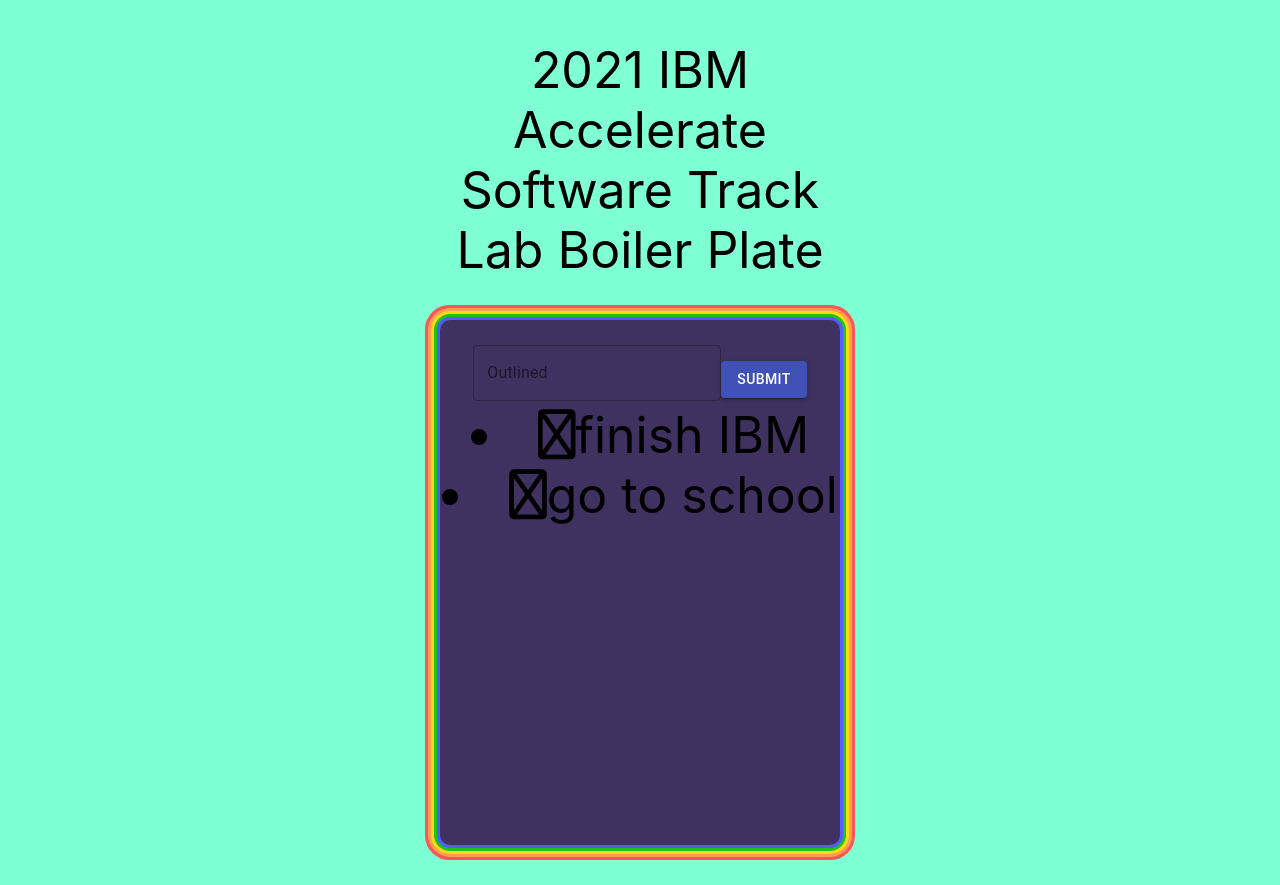
Repository: 2021-IBM-Accelerate-SW-Track/lab-1-team-34
Page: /
These files come from the project's save history. The page is drawn as it stood at one moment and after a run of saves; the edit follows.
The browser window is 1280 px wide. The pictures show the whole page.
Some web libraries are served in a nearby version. The project was rebuilt for these pictures with package versions that can differ from the ones it lists, and the page was loaded fresh each time.

Above is the page before, as saved 2021-06-13 20:15:31.

### public/index.html
<!DOCTYPE html>
<html lang="en">
  <head>
    <meta charset="utf-8" />
    <meta name="viewport" content="width=device-width, initial-scale=1" />
    <meta name="theme-color" content="#000000" />
    <meta
      name="description"
      content="Web site created using create-react-app"
    />
    <script src="https://kit.fontawesome.com/b9d1aed08a.js" crossorigin="anonymous"></script>

    <!--
      manifest.json provides metadata used when your web app is installed on a
      user's mobile device or desktop. See https://developers.google.com/web/fundamentals/web-app-manifest/
    -->
    <!--
      Notice the use of %PUBLIC_URL% in the tags above.
      It will be replaced with the URL of the `public` folder during the build.
      Only files inside the `public` folder can be referenced from the HTML.

      Unlike "/favicon.ico" or "favicon.ico", "%PUBLIC_URL%/favicon.ico" will
      work correctly both with client-side routing and a non-root public URL.
      Learn how to configure a non-root public URL by running `npm run build`.
    -->
    <title>React App</title>
  </head>
  <body>
    <noscript>You need to enable JavaScript to run this app.</noscript>
    <div id="root"></div>
    <!--
      This HTML file is a template.
      If you open it directly in the browser, you will see an empty page.

      You can add webfonts, meta tags, or analytics to this file.
      The build step will place the bundled scripts into the <body> tag.

      To begin the development, run `npm start` or `yarn start`.
      To create a production bundle, use `npm run build` or `yarn build`.
    -->
  </body>
</html>

### src/App.js
// import Header from "./component/header";
import Page from "./Pages/UI";

import "./App.css";

function App() {
  return (
    <div className="App">
      <Page />
    </div>
  );
}

export default App;

### src/Pages/UI/index.js
import Page from "./page";

export default Page;

### src/App.css
.App {
  text-align: center;
  background: aquamarine;
  font-size: 50px;
}

body {
  margin: 0;
  font-family: -apple-system, BlinkMacSystemFont, "Segoe UI", "Roboto", "Oxygen",
    "Ubuntu", "Cantarell", "Fira Sans", "Droid Sans", "Helvetica Neue",
    sans-serif;
  -webkit-font-smoothing: antialiased;
  -moz-osx-font-smoothing: grayscale;
}

code {
  font-family: source-code-pro, Menlo, Monaco, Consolas, "Courier New",
    monospace;
}
html {
  background: aquamarine;
}

### src/Pages/UI/page.js
import React from "react";
import Header from "../../component/header/header"; // no target file, targets index.js
import Input from "../../component/Input";

function page(props) {
  return (
    <div>
      <Header />
      <Input />
    </div>
  );
}

export default page;

### src/component/header/header.js
export default function Header() {
  return (
    <div className="header">
      2021 IBM Accelerate Software Track Lab Boiler Plate
    </div>
  );
}

### src/component/Input/index.js
import Input from "./input";

export default Input;

### src/component/Input/input.js
import { TextField, Button } from "@material-ui/core";
import React, { useState } from "react";
import "./input.css";

const initialTodo = ["finish IBM", "go to school"];

function Input(props) {
  const [input, setInput] = useState("");
  const [list, setTodo] = React.useState(initialTodo);

  function handleAdd() {
    const newList = list;
    newList.push(input);
    setTodo(newList);
    console.log(list);
    setInput("");
    handleClear();
    // debugger;
  }

  const handleClear = () => {
    Array.from(document.querySelectorAll("input")).forEach((input) => {
      input.value = "";
    });
    Array.from(document.querySelectorAll("textarea")).forEach((textarea) => {
      textarea.value = "";
    });
  };
  return (
    <div className="inputcolor">
      <TextField
        onChange={(event) => {
          setInput(event.target.value);
          console.log(input);
        }}
        // onEnter={() => {
        //   list.push(input);
        // }}
        // id="outlined-basic"
        label="Outlined"
        variant="outlined"
      />

      <Button onClick={handleAdd} variant="contained" color="primary">
        Submit
      </Button>

      {/* list not updating quick but data does get added */}
      {list &&
        list.map((item, index) => {
          return <li key={index}>{item}</li>;
        })}
    </div>
  );
}

export default Input;

### src/component/Input/input.css
.inputcolor {
  background-color: #3f3160;
  min-height: 500px;
  width: 400px;
  margin: 40px auto;
  padding-top: 25px;
  border-radius: 10px;

  box-shadow: rgb(85, 91, 255) 0px 0px 0px 3px, rgb(31, 193, 27) 0px 0px 0px 6px,
    rgb(255, 217, 19) 0px 0px 0px 9px, rgb(255, 156, 85) 0px 0px 0px 12px,
    rgb(255, 85, 85) 0px 0px 0px 15px;
}

/* @keyframes pulse {
  from {
    transform: scale3d(1, 1, 1);
  }

  50% {
    transform: scale3d(1.05, 1.05, 1.05);
  }

  to {
    transform: scale3d(1, 1, 1);
  }
}
.App > div > .inputcolor {
  animation: pulse 3400ms linear infinite both;
} */
.inputtext {
  background-color: #ffffff;
  border: 0;
  color: #fff;
  width: 200px;

  height: 50px;
  margin: 20px;
  padding: 0 20px;
  font-size: 18px;
  border-radius: 10px;
  padding-right: 10px;
}
.container {
  padding-top: 0px;
  padding-bottom: 30px;
}
.list {
  color: white;
  text-align: center;
}

ul li {
  padding: 10px 0px;
}

li:before {
  content: "\f00c";
  font-family: "Font Awesome 5 Free";
}

.App {
  background-color: #fec9bb;
  min-height: 500px;
  width: 400px;
  margin: 40px auto;
}
.button {
  background-color: rgba(27, 112, 137, 1);
  border: 0;
  color: #fff;
  width: 100px;

  height: 50px;
  margin: 20px;
  padding: 0 20px;
  font-size: 18px;
  border-radius: 10px;
}

Loaded but not shown: src/index.js (common file)

After the next 4 saves:
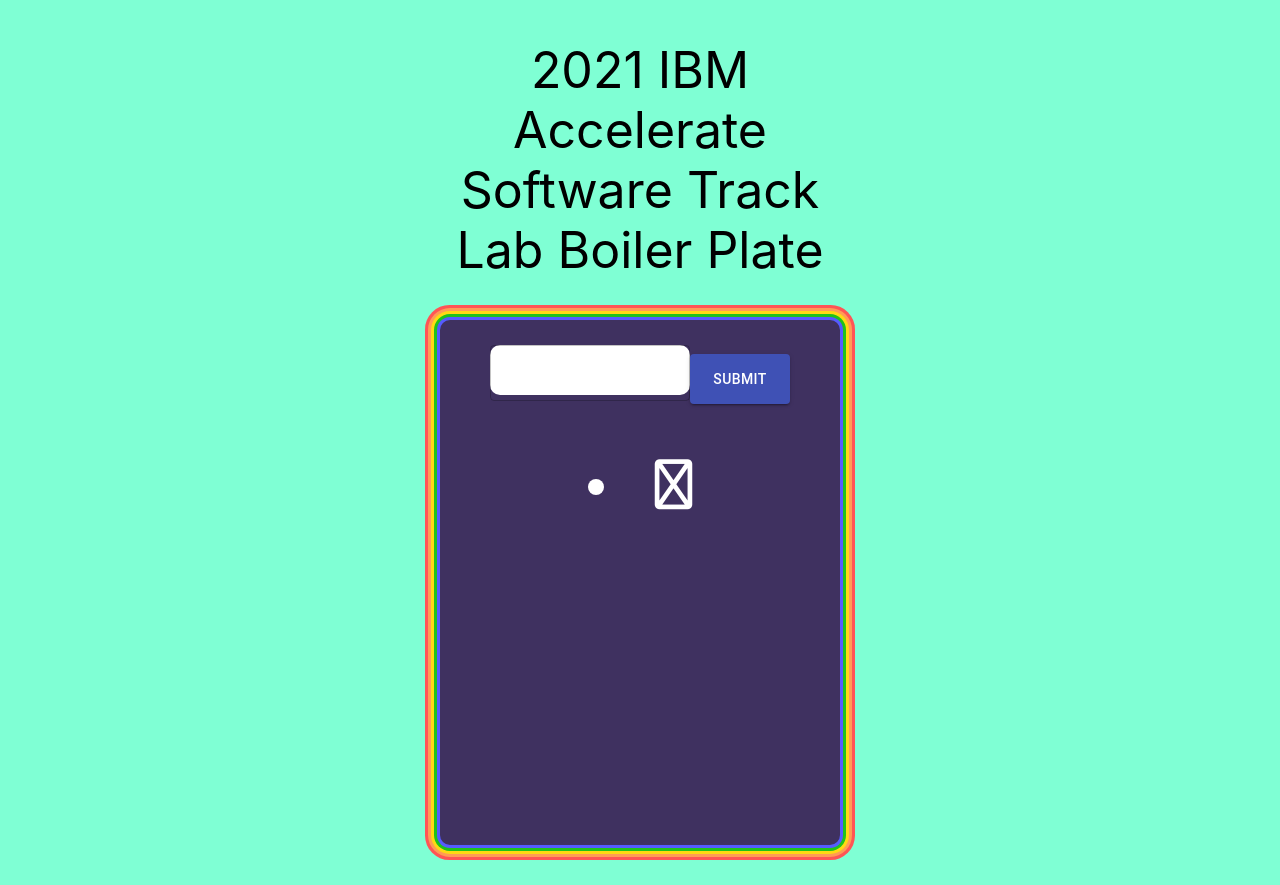
The 4 saves are shown as one change because 3 did not build or start.
The last was saved 9 min 36 s later.
--- a/src/component/Input/input.js
+++ b/src/component/Input/input.js
@@ -1,8 +1,9 @@
 import { TextField, Button } from "@material-ui/core";
 import React, { useState } from "react";
 import "./input.css";
-
-const initialTodo = ["finish IBM", "go to school"];
+import { FaGithub } from "react-icons/fa";
+import { FontAwesomeIcon } from "@fortawesome/react-fontawesome";
+const initialTodo = [""];
 
 function Input(props) {
   const [input, setInput] = useState("");
@@ -29,29 +30,77 @@
   return (
     <div className="inputcolor">
       <TextField
+        className="inputtext"
+        onKeyPress={(event) => {
+          if (event.key === "Enter") {
+            handleAdd();
+          }
+        }}
         onChange={(event) => {
           setInput(event.target.value);
           console.log(input);
         }}
-        // onEnter={() => {
-        //   list.push(input);
-        // }}
-        // id="outlined-basic"
-        label="Outlined"
+        label=""
         variant="outlined"
       />
 
-      <Button onClick={handleAdd} variant="contained" color="primary">
+      <Button
+        onClick={handleAdd}
+        variant="contained"
+        color="primary"
+        className="button"
+      >
         Submit
       </Button>
 
+      <div className="list">
+        <p className="container">
+          {list &&
+            list.map((item, index) => {
+              return (
+                <li className="list" key={index}>
+                  {item}{" "}
+                  <span>
+                    <FontAwesomeIcon
+                      className="faicons"
+                      onClick={() => {
+                        props.deleteItem(item.key);
+                      }}
+                      icon="trash"
+                    />
+                  </span>
+                </li>
+              );
+            })}
+        </p>
+      </div>
       {/* list not updating quick but data does get added */}
-      {list &&
-        list.map((item, index) => {
-          return <li key={index}>{item}</li>;
-        })}
     </div>
   );
+
+  // function Input(props){
+  //   const items = props.items;
+  //   const listItems = items.map(item =>
+  //  {
+  //      return <div className="list" key={item.key}>
+  //    <p>
+  //        <input type="text" id={item.key} value={item.text} onChange={(e)=>{
+  //            props.setUpdate(e.target.value,item.key)}}/>
+  //       <span>
+
+  //       <FontAwesomeIcon className="faicons" onClick={() => {
+  //           props.deleteItem(item.key)
+  //       }} icon="trash" />
+  //       </span>
+  //    </p>
+
+  //   </div>})
+  //   return <div>
+  //       <FlipMove duration={300} easing="ease-in-out">
+  //       {listItems}
+  //       </FlipMove>
+
+  //   </div>;
 }
 
 export default Input;
